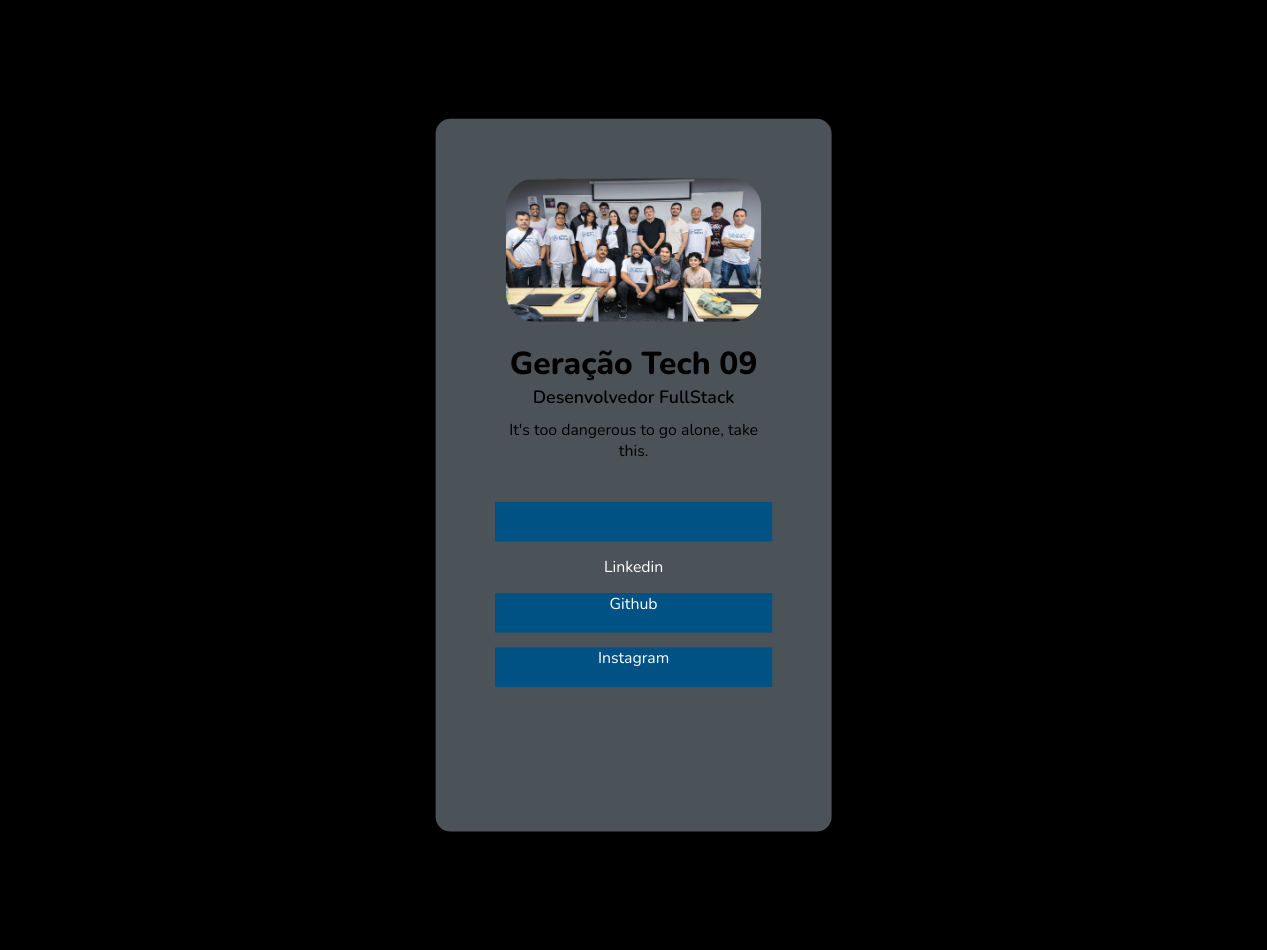
Repository: geracao-09/linktree-gt9
Page: index.html
An editor plug-in stored every save of this project. The page is shown before and after a run of saves, followed by the edit.
The browser window is 1280 px wide. The pictures show the whole page, at 99% of full size.

Above is the page before, as saved 2025-04-11 09:24:50.

After the next 3 saves:
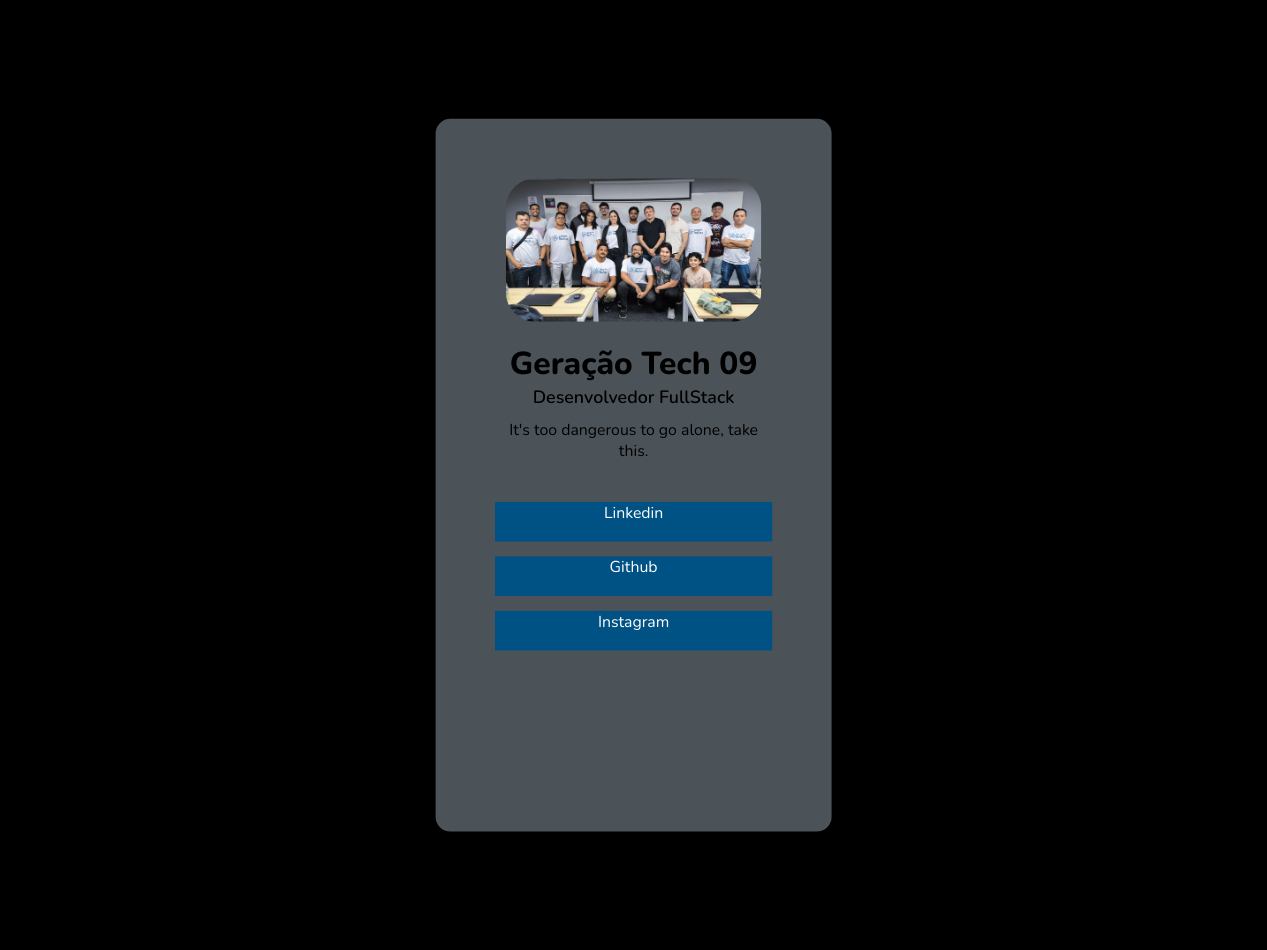
The 3 saves are shown as one change because they came seconds apart.
The last was saved 9 s later.
--- a/index.html
+++ b/index.html
@@ -25,8 +25,7 @@
         <ul>
 
             <a href="https://www.linkedin.com/in/cesar-hideki-nagano-326b75115/" target="_blank">
-              <li></li> Linkedin </a>
-          </li>
+              <li> Linkedin </li></a>
           <li>
             <a href="https://github.com/geracao-09" target="_blank"> Github </a>
           </li>
